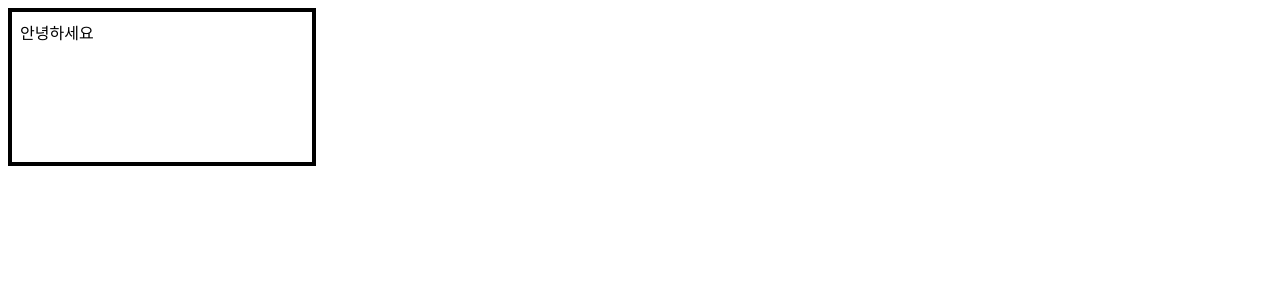
Repository: sangah-park98/jsp-class
Page: k20230503_1_html/src/main/webapp/22_noscriptTest.html
The author's editor kept a copy of each file at every save. The page is drawn from the files as they stood at one save, then again after the next save.
The browser window is 1280 px wide. The pictures show the whole page.

Above is the page before, as saved 2023-05-04 02:54:50.

After the next save:
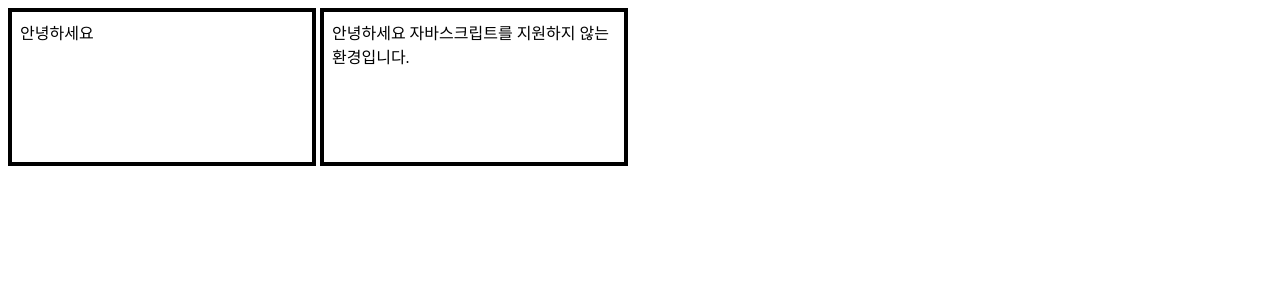
Saved 96 s later.
--- a/k20230503_1_html/src/main/webapp/22_noscriptTest.html
+++ b/k20230503_1_html/src/main/webapp/22_noscriptTest.html
@@ -7,6 +7,9 @@
 <body>
 <!-- frameborder="0" 속성을 지정하면 iframe의 테두리 선을 표시하지 않는다. -->
 <iframe src="22_noscript.html" frameborder="0" style="border: 4px solid black"></iframe>
+<!-- iframe 태그에 sandbox 속성을 지정하면 자바스크립트를 사용하지 않는다. -->
+<iframe src="22_noscript.html" frameborder="0" style="border: 4px solid black"
+		sandbox=""></iframe>
 
 
 </body>
